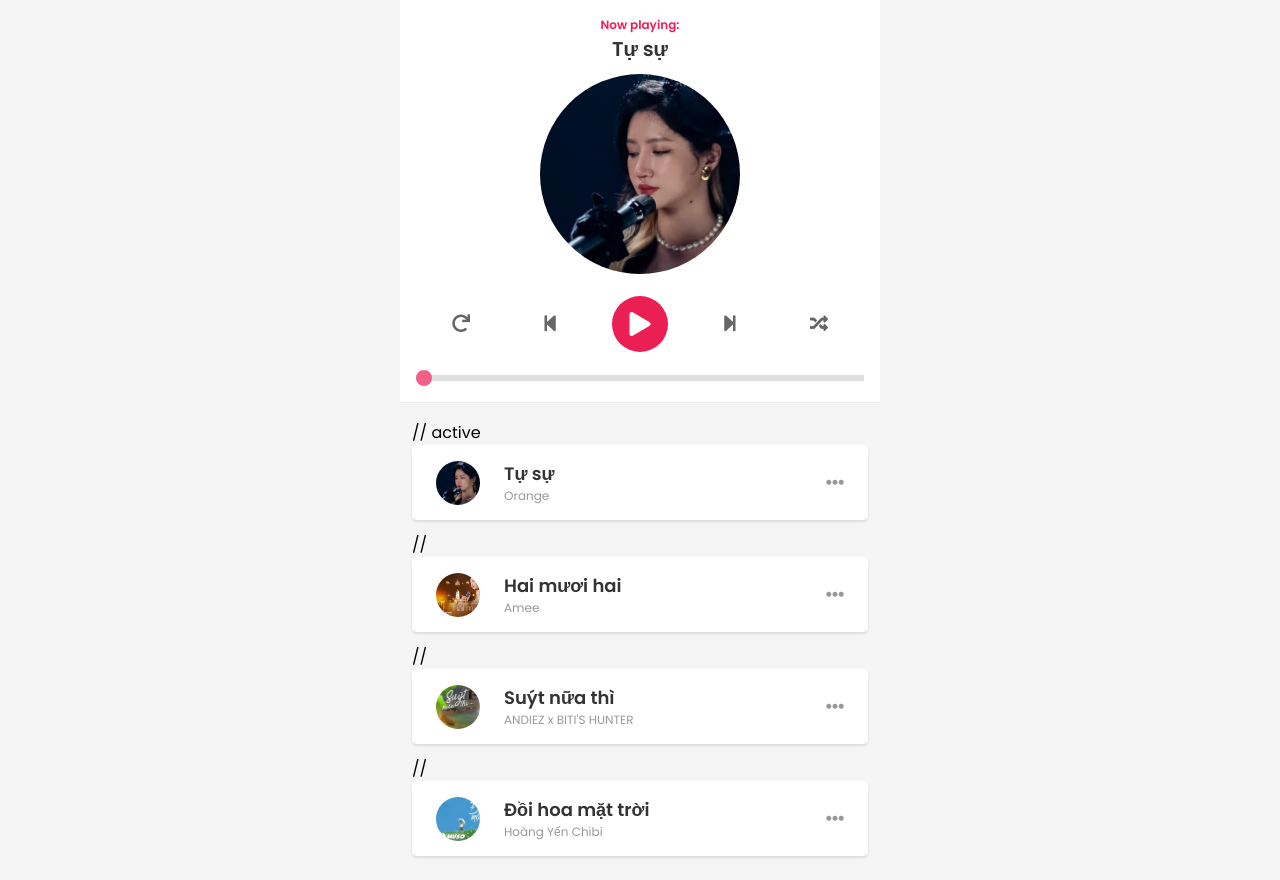
Repository: tannv3201/learn_JS_F8
Page: Example/Music player/index.html
An editor plug-in stored every save of this project. The page is shown before and after the next save, followed by the edit.
The browser window is 1280 px wide. The pictures show the whole page.

Above is the page before, as saved 2022-08-17 14:28:11.

### Example/Music player/index.html
<!DOCTYPE html>
<html lang="en">

<head>
    <meta charset="UTF-8">
    <meta http-equiv="X-UA-Compatible" content="IE=edge">
    <meta name="viewport" content="width=device-width, initial-scale=1.0">
    <title>Music player</title>
    <link rel="stylesheet" href="https://cdnjs.cloudflare.com/ajax/libs/font-awesome/5.15.2/css/all.min.css"
        integrity="sha512-HK5fgLBL+xu6dm/Ii3z4xhlSUyZgTT9tuc/hSrtw6uzJOvgRr2a9jyxxT1ely+B+xFAmJKVSTbpM/CuL7qxO8w=="
        crossorigin="anonymous" />
    <link rel="preconnect" href="https://fonts.gstatic.com">
    <link href="https://fonts.googleapis.com/css2?family=Poppins:wght@300;400;600&display=swap" rel="stylesheet">
    <link rel="stylesheet" href="./style.css">
</head>

<body>

    <div class="player">
        <!-- Dashboard -->
        <div class="dashboard">
            <!-- Header -->
            <header>
                <h4>Now playing:</h4>
                <h2>Tự sự</h2>
            </header>

            <!-- CD -->
            <div class="cd">
                <div class="cd-thumb" style="background-image: url('./assets/imgs/tusu.jpg')">
                </div>
            </div>

            <!-- Control -->
            <div class="control">
                <div class="btn btn-repeat">
                    <i class="fas fa-redo"></i>
                </div>
                <div class="btn btn-prev">
                    <i class="fas fa-step-backward"></i>
                </div>
                <div class="btn btn-toggle-play">
                    <i class="fas fa-pause icon-pause"></i>
                    <i class="fas fa-play icon-play"></i>
                </div>
                <div class="btn btn-next">
                    <i class="fas fa-step-forward"></i>
                </div>
                <div class="btn btn-random">
                    <i class="fas fa-random"></i>
                </div>
            </div>

            <input id="progress" class="progress" type="range" value="0" step="1" min="0" max="100">

            <audio id="audio" src=""></audio>
        </div>

        <!-- Playlist -->
        <div class="playlist">
            <div class="song">
                <div class="thumb" style="background-image: url('./assets/imgs/tusu.jpg')">
                </div>
                <div class="body">
                    <h3 class="title">Tự sự</h3>
                    <p class="author">Orange</p>
                </div>
                <div class="option">
                    <i class="fas fa-ellipsis-h"></i>
                </div>
            </div>
            <div class="song">
                <div class="thumb" style="background-image: url('./assets/imgs/haimuoihai.jpg')">
                </div>
                <div class="body">
                    <h3 class="title">Hai mươi hai</h3>
                    <p class="author">Amee</p>
                </div>
                <div class="option">
                    <i class="fas fa-ellipsis-h"></i>
                </div>
            </div>
            <div class="song">
                <div class="thumb"
                    style="background-image: url('https://i.ytimg.com/vi/jTLhQf5KJSc/maxresdefault.jpg')">
                </div>
                <div class="body">
                    <h3 class="title">Music name</h3>
                    <p class="author">Singer</p>
                </div>
                <div class="option">
                    <i class="fas fa-ellipsis-h"></i>
                </div>
            </div>
        </div>
    </div>

    <!-- Design from: https://static.collectui.com/shots/3671744/musicloud-revolutionary-app-for-music-streaming-large -->
    <script src="./main.js"></script>
</body>

</html>

### Example/Music player/style.css
:root {
    --primary-color: #ec1f55;
    --text-color: #333;
}

* {
    padding: 0;
    margin: 0;
    box-sizing: inherit;
}

body {
    background-color: #f5f5f5;
}

html {
    box-sizing: border-box;
    font-family: "Poppins", sans-serif;
}

.player {
    position: relative;
    max-width: 480px;
    margin: 0 auto;
}

.player .icon-pause {
    display: none;
}

.player.playing .icon-pause {
    display: inline-block;
}

.player.playing .icon-play {
    display: none;
}

.dashboard {
    padding: 16px 16px 14px;
    background-color: #fff;
    position: fixed;
    top: 0;
    width: 100%;
    max-width: 480px;
    border-bottom: 1px solid #ebebeb;
}

/* HEADER */
header {
    text-align: center;
    margin-bottom: 10px;
}

header h4 {
    color: var(--primary-color);
    font-size: 12px;
}

header h2 {
    color: var(--text-color);
    font-size: 20px;
}

/* CD */
.cd {
    display: flex;
    margin: auto;
    width: 200px;
}

.cd-thumb {
    width: 100%;
    padding-top: 100%;
    border-radius: 50%;
    background-color: #333;
    background-size: cover;
    margin: auto;
}

/* CONTROL */
.control {
    display: flex;
    align-items: center;
    justify-content: space-around;
    padding: 18px 0 8px 0;
}

.control .btn {
    color: #666;
    padding: 18px;
    font-size: 18px;
}

.control .btn.active {
    color: var(--primary-color);
}

.control .btn-toggle-play {
    width: 56px;
    height: 56px;
    border-radius: 50%;
    font-size: 24px;
    color: #fff;
    display: flex;
    align-items: center;
    justify-content: center;
    background-color: var(--primary-color);
}

.progress {
    width: 100%;
    -webkit-appearance: none;
    height: 6px;
    background: #d3d3d3;
    outline: none;
    opacity: 0.7;
    -webkit-transition: 0.2s;
    transition: opacity 0.2s;
}

.progress::-webkit-slider-thumb {
    -webkit-appearance: none;
    appearance: none;
    width: 16px;
    height: 16px;
    border-radius: 50%;
    background-color: var(--primary-color);
    cursor: pointer;
}

/* PLAYLIST */
.playlist {
    margin-top: 408px;
    padding: 12px;
}

.song {
    display: flex;
    align-items: center;
    margin-bottom: 12px;
    background-color: #fff;
    padding: 8px 16px;
    border-radius: 5px;
    box-shadow: 0 2px 3px rgba(0, 0, 0, 0.1);
}

.song.active {
    background-color: var(--primary-color);
}

.song:active {
    opacity: 0.8;
}

.song.active .option,
.song.active .author,
.song.active .title {
    color: #fff;
}

.song .thumb {
    width: 44px;
    height: 44px;
    border-radius: 50%;
    background-size: cover;
    margin: 0 8px;
}

.song .body {
    flex: 1;
    padding: 0 16px;
}

.song .title {
    font-size: 18px;
    color: var(--text-color);
}

.song .author {
    font-size: 12px;
    color: #999;
}

.song .option {
    padding: 16px 8px;
    color: #999;
    font-size: 18px;
}

### Example/Music player/main.js
/**
    1. Render song
    2. Scroll top
    3. Play / pause/ seek
    4. CD rotate
    5. Next / prev
    6. Random
    7. Next / repeat when ended
    8. Active Song
    9. Scroll active song into view
    10. Play song when click
 */
const $ = document.querySelector.bind(document);
const $$ = document.querySelectorAll.bind(document);

// Lấy ra các element
const heading = $('header h2');
const cdThumb = $('.cd-thumb');
const audio = $('#audio');
const cd = $('.cd');
const playBtn = $('.btn-toggle-play');
const player = $('.player');
const progress = $('#progress');
const nextBtn = $('.btn-next');
const prevBtn = $('.btn-prev');
const randomBtn = $('.btn-random');
const repeatBtn = $('.btn-repeat');
const app = {
    currentIndex: 0,
    isPlaying: false,
    isRandom: false,
    isRepeat: false,
    songs: [
        {
            name: 'Tự sự',
            singer: 'Orange',
            path: './assets/music/tusu.mp3',
            image: './assets/imgs/tusu.jpg'
        },
        {
            name: 'Hai mươi hai',
            singer: 'Amee',
            path: './assets/music/haimuoihai.mp3',
            image: './assets/imgs/haimuoihai.jpg'
        },
        {
            name: 'Suýt nữa thì',
            singer: 'ANDIEZ x BITI\'S HUNTER',
            path: './assets/music/suytnuathi.mp3',
            image: './assets/imgs/suytnuathi.jpg'
        },
        {
            name: 'Đồi hoa mặt trời',
            singer: 'Hoàng Yến Chibi',
            path: './assets/music/doihoamattroi.mp3',
            image: './assets/imgs/doihoamattroi.jpg'
        },
    ],
    render: function () {
        const htmls = this.songs.map((song, index) => {
            return `
            // ${index === this.currentIndex ? 'active' : ''}
            <div class="song">
                <div class="thumb" style="background-image: url('${song.image}')">
                </div>
                <div class="body">
                    <h3 class="title">${song.name}</h3>
                    <p class="author">${song.singer}</p>
                </div>
                <div class="option">
                    <i class="fas fa-ellipsis-h"></i>
                </div>
            </div>
            `
        })
        $('.playlist').innerHTML = htmls.join('');
    },

    // Định nghĩa thuộc tính
    defineProperties: function () {
        Object.defineProperty(this, 'currentSong', {
            get: function () {
                return this.songs[this.currentIndex];
            }
        })
    },

    // Xử lý sự kiện
    handleEvents: function () {
        const _this = this; // Định nghĩa từ khóa this ở ngoài
        // Lấy ra Element "cd"
        const cdWidth = cd.offsetWidth; // Lấy width của cd.

        // Xử lý CD quay và dừng
        const cdThumbAnimate = cdThumb.animate([
            {
                transform: 'rotate(360deg)'
            }
        ], {
            duration: 10000, // 10 giây
            iterations: Infinity // Chạy vô hạn
        })
        cdThumbAnimate.pause()

        // Xử lý phóng to / thu nhỏ cd
        document.onscroll = function () {
            const scrollTop = document.documentElement.scrollTop || window.scrollY;
            const newCdWidth = cdWidth - scrollTop;
            cd.style.width = newCdWidth > 0 ? newCdWidth + 'px' : 0; // check nếu kéo nhanh quá giá trị về < 0 thì lấy = 0
            cd.style.opacity = newCdWidth / cdWidth; // mờ dần khi scroll
        }

        // Xử lý khi click play
        playBtn.onclick = function () {
            if (_this.isPlaying) {
                audio.pause();
            }
            else {
                audio.play();
            }
        };
        // Khi bài hát được play
        audio.onplay = function () {
            _this.isPlaying = true;
            player.classList.add('playing') // chuyển btn play thành btn pause
            cdThumbAnimate.play()
        };
        // Khi bài hát bị dừng
        audio.onpause = function () {
            _this.isPlaying = false;
            player.classList.remove('playing') // chuyển btn pause thành btn play
            cdThumbAnimate.pause()
        }

        // Khi tiến độ bài hát thay đổi
        audio.ontimeupdate = function () {
            if (audio.duration) {
                const progressPercent = Math.floor(audio.currentTime / audio.duration * 100);
                progress.value = progressPercent;
            }
        }

        // xử lý khi tua bài hát
        progress.onchange = function (e) {
            const seekTime = audio.duration * e.target.value / 100;
            audio.currentTime = seekTime;
        }

        // Next bài
        nextBtn.onclick = function () {
            if (_this.isRandom) {
                _this.playRandomSong()
            }
            else {
                _this.nextSong();
            }
            audio.play();
            _this.render();
        }

        // Prev  bài
        prevBtn.onclick = function () {
            if (_this.isRandom) {
                _this.playRandomSong()
            }
            else {
                _this.prevSong();
            }
            audio.play();
            _this.render();
        }

        // Random
        randomBtn.onclick = function () {
            _this.isRandom = !_this.isRandom
            randomBtn.classList.toggle('active', _this.isRandom);
        }

        // xử lý next khi hết bài
        audio.onended = function () {
            if (!_this.isRepeat) {
                nextBtn.click();
            }
            else {
                audio.play()
            }
        }

        // Xử lý repeat bài hát hiện tại
        repeatBtn.onclick = function () {
            _this.isRepeat = !_this.isRepeat;
            repeatBtn.classList.toggle('active', _this.isRepeat);
        }

        // Xử lý active bài

    },

    loadCurrentSong: function () {
        // Gán giá trị bài hát hiện tại
        heading.textContent = this.currentSong.name;
        cdThumb.style.backgroundImage = `url('./${this.currentSong.image}')`;
        audio.src = this.currentSong.path;
    },

    // Next
    nextSong: function () {
        this.currentIndex++;
        if (this.currentIndex >= this.songs.length) {
            this.currentIndex = 0;
        }
        this.loadCurrentSong();
    },
    // Previous
    prevSong: function () {
        this.currentIndex--;
        if (this.currentIndex < 0) {
            this.currentIndex = this.songs.length - 1;
        }
        this.loadCurrentSong();
    },

    // Random
    playRandomSong: function () {
        let newIndex
        do {
            newIndex = Math.floor(Math.random() * this.songs.length);
        } while (newIndex === this.currentIndex)
        this.currentIndex = newIndex;
        this.loadCurrentSong();
    },

    // Phương thức start() để bắt đầu
    start: function () {
        // Định nghĩa ra các thuộc tính cho object
        this.defineProperties();

        // Lắng nghe, xử lý các sự kiện (DOM event)
        this.handleEvents();

        // Tải thông tin bài hát đầu tiền vào UI khi chạy ứng dụng
        this.loadCurrentSong();



        // Render playlist
        this.render();
    }
}

app.start();

After the next save:
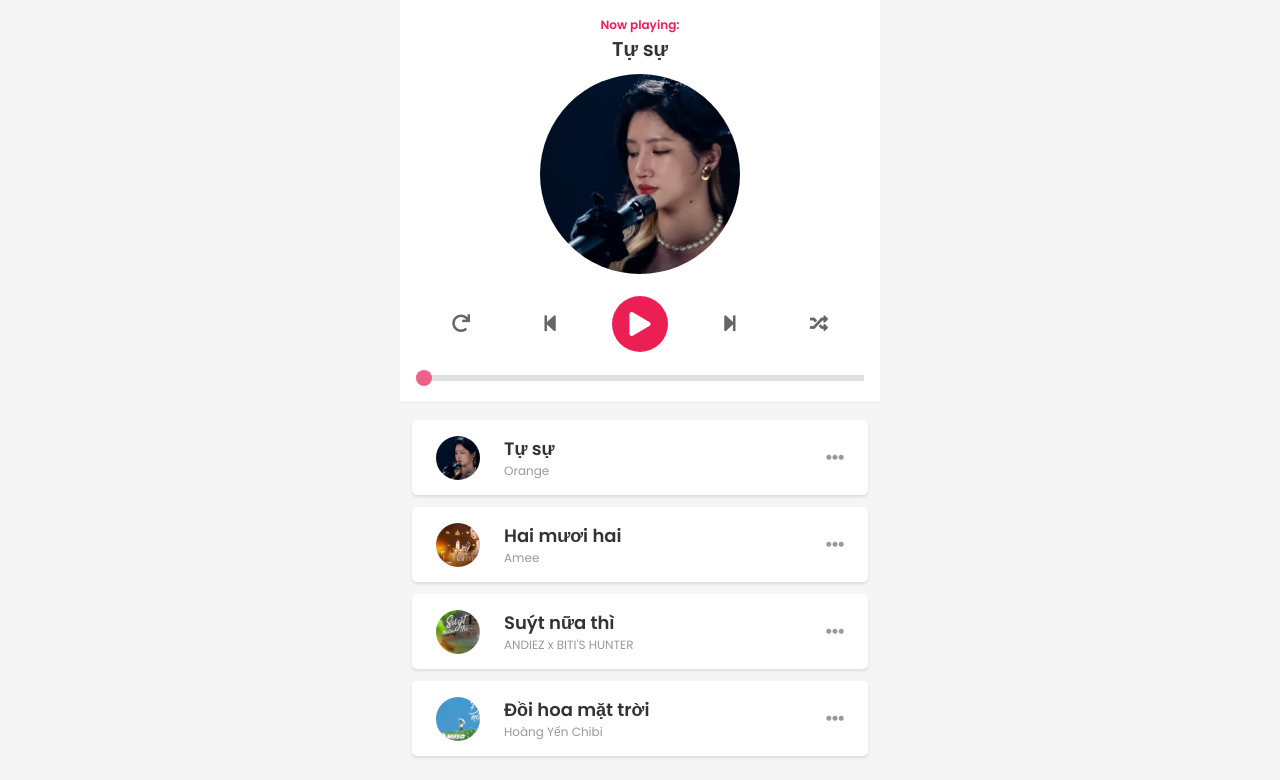
Saved 7 s later.
--- a/Example/Music player/main.js
+++ b/Example/Music player/main.js
@@ -56,10 +56,11 @@ const app = {
             image: './assets/imgs/doihoamattroi.jpg'
         },
     ],
+    // ${index === this.currentIndex ? 'active' : ''}
+
     render: function () {
         const htmls = this.songs.map((song, index) => {
             return `
-            // ${index === this.currentIndex ? 'active' : ''}
             <div class="song">
                 <div class="thumb" style="background-image: url('${song.image}')">
                 </div>
